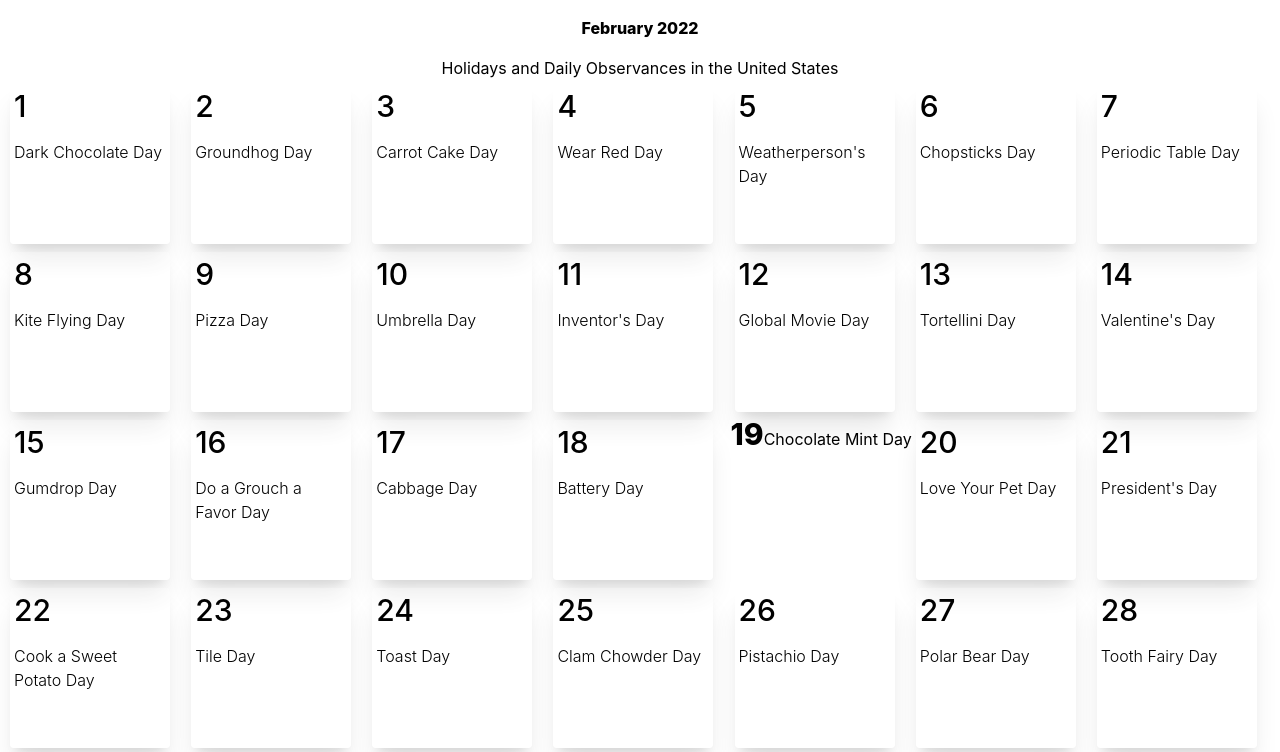
Repository: JohnMata0427/Examen-Bimestral-01-Frontend
Page: /
The author's editor kept a copy of each file at every save. The page is drawn from the files as they stood at one save, then again after a run of saves.
The browser window is 1280 px wide. The pictures show the whole page.
The project was rebuilt for these pictures with package versions that can differ from the ones it lists, and the page was loaded fresh each time. Also part of the build but not shown: vite.config.js.

Above is the page before, as saved 2024-06-11 21:52:04.

### src/App.jsx
import Calendar from "./components/calendar.jsx"
export default function App() {

  return (
    <>
      <Calendar/>
    </>
  )
}

### src/components/calendar.jsx
export default function Calendar(){
    return (
        <div className="flex flex-col items-center bg-gradient-to-r from-[rgba() 0%] to-[rgba(148, 187, 233, 1) 100%]">
            <h1 className="font-extrabold my-4">February 2022</h1>
            <p>Holidays and Daily Observances in the United States</p>
            <ul className="grid grid-cols-7 flex-wrap list-none">
                <li className="flex size-40 m-1 flex-col rounded p-1 font-light box-border bg-[#ffffff40] shadow-xl border-1 border-solid"><time className="text-3xl mb-4 font-medium" datetime="2022-02-01">1</time>Dark Chocolate Day</li>
                <li className="flex size-40 m-1 flex-col rounded p-1 font-light box-border bg-[#ffffff40] shadow-xl border-1 border-solid"><time className="text-3xl mb-4 font-medium" datetime="2022-02-02">2</time>Groundhog Day</li>
                <li className="flex size-40 m-1 flex-col rounded p-1 font-light box-border bg-[#ffffff40] shadow-xl border-1 border-solid"><time className="text-3xl mb-4 font-medium" datetime="2022-02-03">3</time>Carrot Cake Day</li>
                <li className="flex size-40 m-1 flex-col rounded p-1 font-light box-border bg-[#ffffff40] shadow-xl border-1 border-solid"><time className="text-3xl mb-4 font-medium" datetime="2022-02-04">4</time>Wear Red Day</li>
                <li className="flex size-40 m-1 flex-col rounded p-1 font-light box-border bg-[#ffffff40] shadow-xl border-1 border-solid"><time className="text-3xl mb-4 font-medium" datetime="2022-02-05">5</time>Weatherperson's Day</li>
                <li className="flex size-40 m-1 flex-col rounded p-1 font-light box-border bg-[#ffffff40] shadow-xl border-1 border-solid"><time className="text-3xl mb-4 font-medium" datetime="2022-02-06">6</time>Chopsticks Day</li>
                <li className="flex size-40 m-1 flex-col rounded p-1 font-light box-border bg-[#ffffff40] shadow-xl border-1 border-solid"><time className="text-3xl mb-4 font-medium" datetime="2022-02-07">7</time>Periodic Table Day</li>
                <li className="flex size-40 m-1 flex-col rounded p-1 font-light box-border bg-[#ffffff40] shadow-xl border-1 border-solid"><time className="text-3xl mb-4 font-medium" datetime="2022-02-08">8</time>Kite Flying Day</li>
                <li className="flex size-40 m-1 flex-col rounded p-1 font-light box-border bg-[#ffffff40] shadow-xl border-1 border-solid"><time className="text-3xl mb-4 font-medium" datetime="2022-02-09">9</time>Pizza Day</li>
                <li className="flex size-40 m-1 flex-col rounded p-1 font-light box-border bg-[#ffffff40] shadow-xl border-1 border-solid"><time className="text-3xl mb-4 font-medium" datetime="2022-02-10">10</time>Umbrella Day</li>
                <li className="flex size-40 m-1 flex-col rounded p-1 font-light box-border bg-[#ffffff40] shadow-xl border-1 border-solid"><time className="text-3xl mb-4 font-medium" datetime="2022-02-11">11</time>Inventor's Day</li>
                <li className="flex size-40 m-1 flex-col rounded p-1 font-light box-border bg-[#ffffff40] shadow-xl border-1 border-solid"><time className="text-3xl mb-4 font-medium" datetime="2022-02-12">12</time>Global Movie Day</li>
                <li className="flex size-40 m-1 flex-col rounded p-1 font-light box-border bg-[#ffffff40] shadow-xl border-1 border-solid"><time className="text-3xl mb-4 font-medium" datetime="2022-02-13">13</time>Tortellini Day</li>
                <li className="flex size-40 m-1 flex-col rounded p-1 font-light box-border bg-[#ffffff40] shadow-xl border-1 border-solid"><time className="text-3xl mb-4 font-medium" datetime="2022-02-14">14</time>Valentine's Day</li>
                <li className="flex size-40 m-1 flex-col rounded p-1 font-light box-border bg-[#ffffff40] shadow-xl border-1 border-solid"><time className="text-3xl mb-4 font-medium" datetime="2022-02-15">15</time>Gumdrop Day</li>
                <li className="flex size-40 m-1 flex-col rounded p-1 font-light box-border bg-[#ffffff40] shadow-xl border-1 border-solid"><time className="text-3xl mb-4 font-medium" datetime="2022-02-16">16</time>Do a Grouch a Favor Day</li>
                <li className="flex size-40 m-1 flex-col rounded p-1 font-light box-border bg-[#ffffff40] shadow-xl border-1 border-solid"><time className="text-3xl mb-4 font-medium" datetime="2022-02-17">17</time>Cabbage Day</li>
                <li className="flex size-40 m-1 flex-col rounded p-1 font-light box-border bg-[#ffffff40] shadow-xl border-1 border-solid"><time className="text-3xl mb-4 font-medium" datetime="2022-02-18">18</time>Battery Day</li>
                <li className="flex size-40 m-1 flex-col rounded p-1 font-light box-border bg-[#4922bd70] shadow-xl border-1 border-solid" class="today"><time className="text-3xl mb-4 font-extrabold" datetime="2022-02-19">19</time>Chocolate Mint Day</li>
                <li className="flex size-40 m-1 flex-col rounded p-1 font-light box-border bg-[#ffffff40] shadow-xl border-1 border-solid"><time className="text-3xl mb-4 font-medium" datetime="2022-02-20">20</time>Love Your Pet Day</li>
                <li className="flex size-40 m-1 flex-col rounded p-1 font-light box-border bg-[#ffffff40] shadow-xl border-1 border-solid"><time className="text-3xl mb-4 font-medium" datetime="2022-02-21">21</time>President's Day</li>
                <li className="flex size-40 m-1 flex-col rounded p-1 font-light box-border bg-[#ffffff40] shadow-xl border-1 border-solid"><time className="text-3xl mb-4 font-medium" datetime="2022-02-22">22</time>Cook a Sweet Potato Day</li>
                <li className="flex size-40 m-1 flex-col rounded p-1 font-light box-border bg-[#ffffff40] shadow-xl border-1 border-solid"><time className="text-3xl mb-4 font-medium" datetime="2022-02-23">23</time>Tile Day</li>
                <li className="flex size-40 m-1 flex-col rounded p-1 font-light box-border bg-[#ffffff40] shadow-xl border-1 border-solid"><time className="text-3xl mb-4 font-medium" datetime="2022-02-24">24</time>Toast Day</li>
                <li className="flex size-40 m-1 flex-col rounded p-1 font-light box-border bg-[#ffffff40] shadow-xl border-1 border-solid"><time className="text-3xl mb-4 font-medium" datetime="2022-02-25">25</time>Clam Chowder Day</li>
                <li className="flex size-40 m-1 flex-col rounded p-1 font-light box-border bg-[#ffffff40] shadow-xl border-1 border-solid"><time className="text-3xl mb-4 font-medium" datetime="2022-02-26">26</time>Pistachio Day</li>
                <li className="flex size-40 m-1 flex-col rounded p-1 font-light box-border bg-[#ffffff40] shadow-xl border-1 border-solid"><time className="text-3xl mb-4 font-medium" datetime="2022-02-27">27</time>Polar Bear Day</li>
                <li className="flex size-40 m-1 flex-col rounded p-1 font-light box-border bg-[#ffffff40] shadow-xl border-1 border-solid"><time className="text-3xl mb-4 font-medium" datetime="2022-02-28">28</time>Tooth Fairy Day</li>
            </ul>
        </div>
    )
}

Loaded but not shown: index.html (common file); src/main.jsx (common file); src/index.css (common file); tailwind.config.js (common file)

After the next 2 saves:
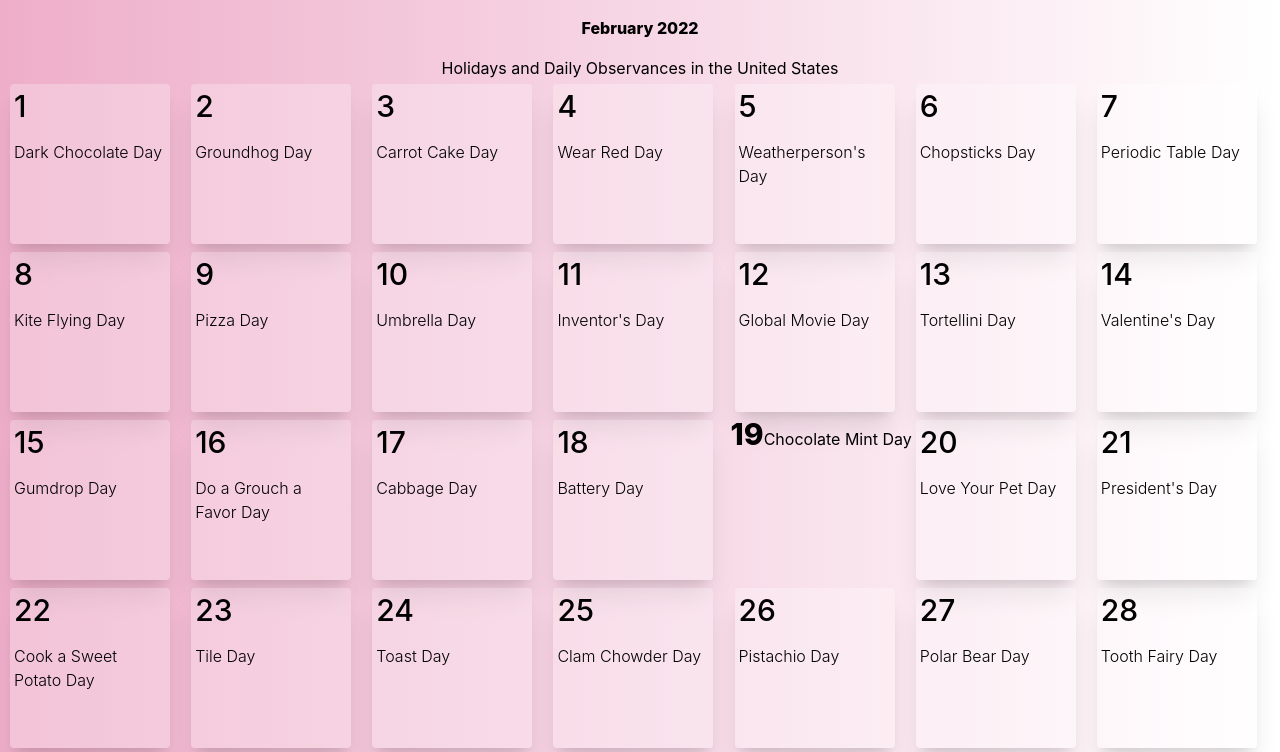
The 2 saves are shown as one change because they came seconds apart.
The last was saved 6 s later.
--- a/src/components/calendar.jsx
+++ b/src/components/calendar.jsx
@@ -1,6 +1,6 @@
 export default function Calendar(){
     return (
-        <div className="flex flex-col items-center bg-gradient-to-r from-[rgba() 0%] to-[rgba(148, 187, 233, 1) 100%]">
+        <div className="flex flex-col items-center bg-gradient-to-r from-[#eeaeca] to-[rgba(148, 187, 233, 1) 100%]">
             <h1 className="font-extrabold my-4">February 2022</h1>
             <p>Holidays and Daily Observances in the United States</p>
             <ul className="grid grid-cols-7 flex-wrap list-none">
